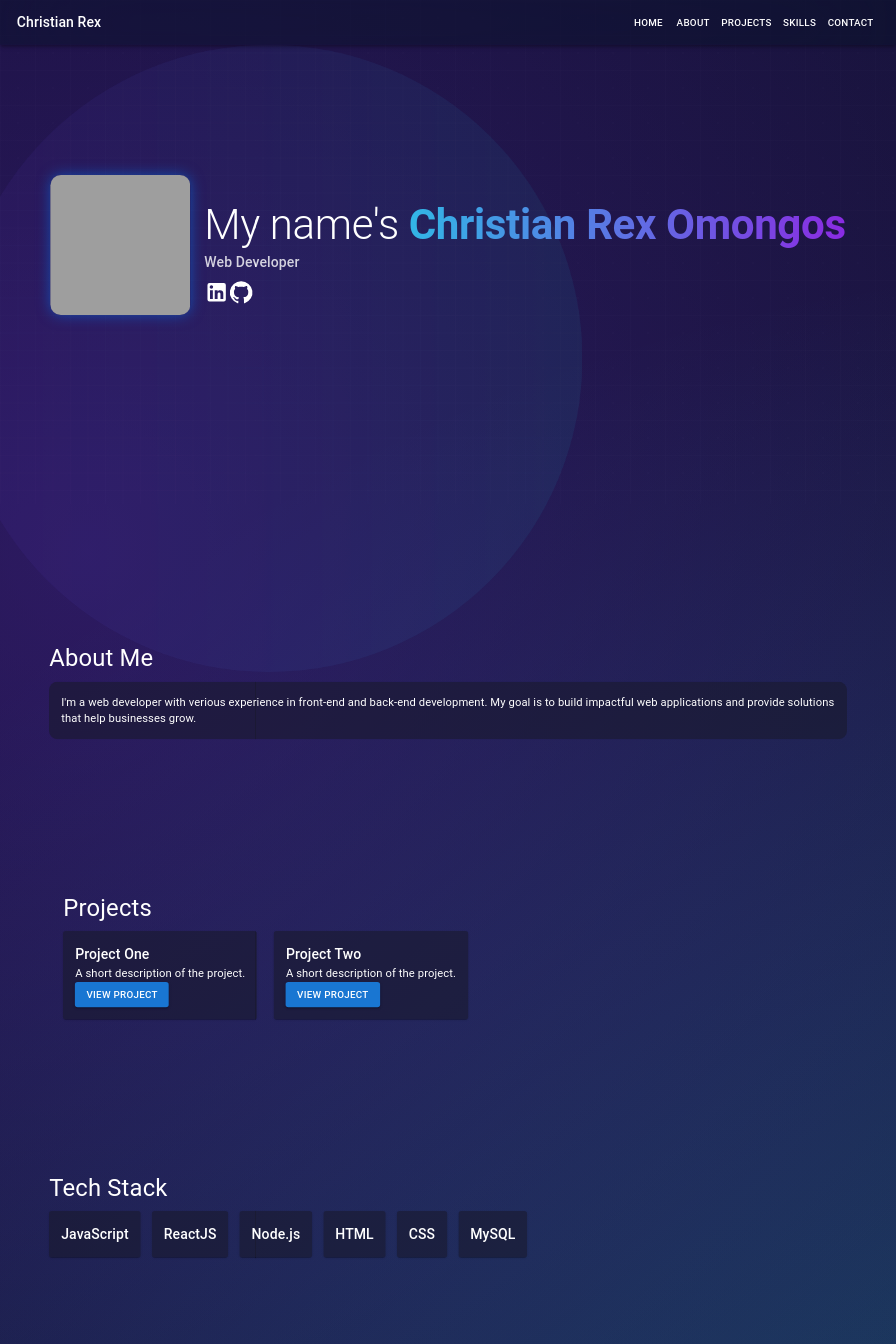
Repository: mikeshadowcoder/myWeb
Page: /
An editor plug-in stored every save of this project. The page is shown before and after the next save, followed by the edit.
The browser window is 1280 px wide. The pictures show the part of the page from y = 0 to 1920 px (the page is 2643 px tall), at 70% of full size.
Pictures or frames that could not be fetched are drawn as grey boxes. The project was rebuilt for these pictures with package versions that can differ from the ones it lists, and the page was loaded fresh each time.

Above is the page before, as saved 2026-01-21 16:39:08.

### src/index.js
import React from 'react';
import ReactDOM from 'react-dom/client';
import './index.css';
import App from './App';
import 'bootstrap/dist/css/bootstrap.min.css';
import "./styles/global.css";

const root = ReactDOM.createRoot(document.getElementById('root'));
root.render(
  <React.StrictMode>
    <App />
  </React.StrictMode>
);

### src/App.js
import React, {useRef} from 'react';
//import { BrowserRouter as Router, Route, Routes } from 'react-router-dom';
import Header from './components/Header';
import Home from './components/Home';
import AboutMe from './components/AboutMe';
import Content from './components/Content';
import Skills from './components/Skills';
import Contact from './components/Contact';
import Footer from './components/Footer';
import Box from '@mui/material/Box';
import BackgroundShapes from './components/BackgroundShapes'


const App = () => {
  const homeRef = useRef(null);
  const aboutRef = useRef(null);
  const contentRef = useRef(null);
  const skillsRef = useRef(null);
  const contactRef = useRef(null);

  // Function to handle smooth scrolling
  const scrollToSection = (ref) => {
    const headerOffset = 200; // Adjust based on your AppBar height (default MUI AppBar is ~64px)
    const elementPosition = ref.current.getBoundingClientRect().top + window.scrollY;
    const offsetPosition = elementPosition - headerOffset;

    window.scrollTo({
      top: offsetPosition,
      behavior: "smooth",
    });
  };


  return (
    <div>
      {/* Pass the scroll function to Header for navigation */}
      <BackgroundShapes/>
      <Header
        onScrollToSection={{
          home: () => scrollToSection(homeRef),
          about: () => scrollToSection(aboutRef),
          content: () => scrollToSection(contentRef),
          skills: () => scrollToSection(skillsRef),
          contact: () => scrollToSection(contactRef),
        }}
      />
      <Box sx={{
        maxWidth: "89%",
        margin: "auto",
        // border: "2px solid red"
      }}>
       {/* Sections with attached refs */}
      <section ref={homeRef}>
        <Home />
      </section>

       <section ref={aboutRef}>
        <AboutMe />
      </section>

      <section ref={contentRef}>
        <Content />
      </section>

      <section ref={skillsRef}>
        <Skills />
      </section>

      <section ref={contactRef}>
        <Contact />
      </section>
      </Box>
      <section>
        <Footer/>
      </section>
    </div>
  );
};

export default App;

### src/styles/global.css
body {
    background:
    radial-gradient(circle at 20% 30%, #7c3aed55, transparent 60%),
    radial-gradient(circle at 80% 70%, #22d3ee55, transparent 60%),
    linear-gradient(120deg, #020617, #0f172a);
  background-size: 200% 200%;
  animation: bgMove 30s ease infinite;
    color: white;
    margin: 0;
    padding: 0;
    font-family: 'Arial', sans-serif;
  }

  @keyframes bgMove {
  0%   { background-position: 0% 0%; }
  100% { background-position: 100% 100%; }
}

@media (prefers-reduced-motion: reduce) {
  body {
    animation: none;
  }
}

.gradient-text {
  background: linear-gradient(90deg, rgb(50, 182, 230), rgb(138, 43, 226)); /* Customize here */
  -webkit-background-clip: text;
  background-clip: text;
  -webkit-text-fill-color: transparent;
  color: transparent;
}

### src/components/Header.js
import React from 'react';
import { AppBar, Toolbar, Typography, Button } from '@mui/material';
import "../styles/header.css";
//import { Link } from 'react-router-dom';

const Header = ({onScrollToSection}) => {
  return (
    <AppBar className="header">
      <Toolbar>
        <Typography variant="h6" sx={{flexGrow:1}}>
          Christian Rex
        </Typography>
        <Button color="inherit" onClick={onScrollToSection.home}>Home</Button>
        <Button color="inherit" onClick={onScrollToSection.about}>About</Button>
        <Button color="inherit" onClick={onScrollToSection.content}>Projects</Button>
        <Button color="inherit" onClick={onScrollToSection.skills}>Skills</Button>
        <Button color="inherit" onClick={onScrollToSection.contact}>Contact</Button>
      </Toolbar>
    </AppBar>
  )
};

export default Header;

### src/components/Home.js
import React from "react";
import { Box, Typography, Button } from "@mui/material";
import LinkedInIcon from "@mui/icons-material/LinkedIn";
import GitHubIcon from "@mui/icons-material/GitHub";
// import FacebookIcon from "@mui/icons-material/Facebook";
import profilePic from "../assets/images/profilePic.jpg";

const Home = () => {
  return (
    <Box
      sx={{
        display: "flex",
        alignItems: "center",
        justifyContent: "center",
        minHeight: "100vh",
        color: "white",
        width: "100%",
        textAlign: "center",
      }}
    >
      <Box
        sx={{
          display: "flex",
          alignItems: "center",
          gap: "20px", // Space between image and text
          flexWrap: "wrap", // Ensures responsiveness
        }}
      >
      {/* Profile Image */}
      <Box
        component="img"
        src={profilePic} //Profile Picture
        alt="Profile"
        sx={{
          width: "200px",
          height: "200px",
          borderRadius: "15px",
          boxShadow: "0 0 20px rgba(0, 123, 255, 0.5)",
          marginBottom: "20px",
          objectFit: "cover"
        }}
      />

      {/* Text Section */}
      <Box sx={{ textAlign: "left"}}>
        <Typography variant="h2">
          My name's {" "}
          <Typography variant="h2" component="span" className="gradient-text" sx={{ fontWeight: "bold" }}>Christian Rex Omongos</Typography>
        </Typography>

        <Typography variant="h6" sx={{ marginBottom: "10px", opacity: 0.8 }}>
          Web Developer
        </Typography>

        {/* Social Media Icons */}
        <Box sx={{ display: "flex",}}>
          <Button href="https://linkedin.com/in/christianrex/" target="_blank" sx={{ color: "white", minWidth: 0, padding: 0 }}>
            <LinkedInIcon fontSize="large" />
          </Button>
          <Button href="https://github.com/mikeshadowcoder" target="_blank" sx={{ color: "white", minWidth: 0, padding: 0 }}>
            <GitHubIcon fontSize="large" />
          </Button>
        </Box>
      </Box>
    </Box>
  </Box>
  );
};

export default Home;

### src/components/AboutMe.js
import React from 'react';
import { Typography, Box } from '@mui/material';
import "../styles/boxStyling.css"

const AboutMe = () => {

  return (
    <Box sx={{ mt: 25, mb: 25, width: "100%" }}>
        <Typography variant="h4" gutterBottom>About Me</Typography>
      <Box className="box-container">
          <Typography>
            I'm a web developer with verious experience in front-end and back-end development.
            My goal is to build impactful web applications and provide solutions that
            help businesses grow.
          </Typography>
      </Box>
    </Box>
  );
};

export default AboutMe;

### src/components/Content.js
import React from 'react';
import { Grid2, Paper, Typography, Button, Box } from '@mui/material';
// import MacWindowHeader from './UI/MacWindowHeader';
import "../styles/boxStyling.css";

const Content = () => {
  const projects = [
    {
      title: 'Project One',
      description: 'A short description of the project.',
      link: 'https://github.com/your-repo/project-one',
    },
    {
      title: 'Project Two',
      description: 'A short description of the project.',
      link: 'https://github.com/your-repo/project-two',
    },
    // Add more projects here
  ];

  return (
  <Box>
    {/* <MacWindowHeader/> */}
    <Box sx={{ padding: "20px"}}>

        <Typography variant="h4" gutterBottom>Projects</Typography>
        <Grid2 container spacing={3}>
          {projects.map((project, index) => (
            <Grid2 item xs={12} sm={6} key={index}>
              <Paper className='box-container' sx={{ padding: 2, bgcolor: 'rgba(26, 26, 46, 0.6)', color: 'rgba(255, 255, 255, 1)'}}>
                <Typography variant="h6">{project.title}</Typography>
                <Typography>{project.description}</Typography>
                <Button variant="contained" href={project.link} target="_blank">
                  View Project
                </Button>
              </Paper>
            </Grid2>
          ))}
        </Grid2>

    </Box>
  </Box>
  );
};

export default Content;

### src/components/Skills.js
import React from 'react';
import { Grid2, Paper, Typography, Box } from '@mui/material';
import "../styles/boxStyling.css"

const Skills = () => {
  const skills = ['JavaScript', 'ReactJS', 'Node.js', 'HTML', 'CSS', 'MySQL'];

  return (
    <Box sx={{ mt: 25, width: "100%", }}>
      <Typography variant="h4" gutterBottom >Tech Stack</Typography>
      <Box> {/* REDUNDANT might remove later*/}
      <Grid2 container spacing={2} >
        {skills.map((skill, index) => (
          <Grid2 item xs={12} sm={6} md={4} key={index}>
            <Paper className="box-container" sx={{ padding: 2, textAlign: 'center', bgcolor: 'rgba(26, 26, 46, 0.6)', color: 'rgba(255, 255, 255, 1)' }}>
              <Typography variant="h6">{skill}</Typography>
            </Paper>
          </Grid2>
        ))}
      </Grid2>
      </Box>

    </Box>
  );
};

export default Skills;

### src/components/Contact.js
import React, { useState } from 'react';
import { Typography, TextField, Button, Box, Alert } from '@mui/material';
import "../styles/boxStyling.css"

const Contact = () => {
  const [success, setSuccess] = useState(false);
  const [error, setError] = useState(false);

  const handleSubmit = async (event) => {
    event.preventDefault();
    setError(false);
    setSuccess(false);

    const formData = new FormData(event.target);

    try {
      const response = await fetch("https://formsubmit.co/bufferingupbruh1994@gmail.com", {
        method: "POST",
        body: formData,
      });

      if (response.ok) {
        setSuccess(true);
        event.target.reset(); // Reset the form after success
        setTimeout(() => setSuccess(false), 5000);
      } else {
        setError(true);
        setTimeout(() => setError(false), 5000);

      }
    } catch (err) {
      setError(true);
      setTimeout(() => setError(false), 5000);
    }
  }


  return (
    <Box
    sx={{
      p: 4,
      mt: 25,
      mb: 10
    }}
    >
      <Typography variant="h4" gutterBottom>Contact Me</Typography>
      <Box className="box-container" >
        {/* Success Message */}
        {success && <Alert severity="success">Message sent</Alert>}
        {error && <Alert severity="error">Failed to send message. Please try again.</Alert>}
        <form onSubmit={handleSubmit}>

          <input type="hidden" name="_captcha" value="false" />

          {/*Subject*/}
          <TextField
          label="Subject"
          name="Subject"
          fullWidth
          margin="normal"
          required
          slotProps={{inputLabel: { style: { color: "white" } } }} // Make label white
          sx={{
            input: { color: "white" },
            "& .MuiOutlinedInput-root": {
              "& fieldset": { borderColor: "white" }, // Border color
              "&:hover fieldset": { borderColor: "#ccc" }, // Hover effect
              },
            }}
          />

          {/*Email*/}
          <TextField label="Your Email"
          name="Email"
          type="email"
          fullWidth
          margin="normal"
          required
          slotProps={{inputLabel: { style: { color: "white" } } }} // Make label white
          sx={{
            input: { color: "white" },
            "& .MuiOutlinedInput-root": {
              "& fieldset": { borderColor: "white" }, // Border color
              "&:hover fieldset": { borderColor: "#ccc" }, // Hover effect
              },
            }}
          />

          {/*Message*/}
          <TextField label="Your Message"
          name="Message"
          fullWidth
          multiline
          rows={4}
          margin="normal"
          slotProps={{inputLabel: { style: { color: "white" } } }} // Make label white
          sx={{
            "& textarea": {color: "white"},
            "& .MuiOutlinedInput-root": {
              "& fieldset": { borderColor: "white" }, // Border color
              "&:hover fieldset": { borderColor: "#ccc" }, // Hover effect
              },
            }}
          />
          <Button type="submit" variant="contained" sx={{ mt: 2 }}>Send Message</Button>
        </form>
        </Box>
    </Box>
  );
};

export default Contact;

### src/components/Footer.js
import React from 'react';
import { Box, Typography } from "@mui/material";


const Footer = () => {
    return (
        <Box
            sx={{
                width: "100%",
                color: "white",
                textAlign: "center",
                mt: 4,
                mb: 2,
                borderTop: "1px solid rgba(255, 255, 255, 0.08)",
                pt: 2,
            }}
        >
            <Typography variant="body2" sx={{ color: " rgba(255, 255, 255, 0.5) "}}>
                © {new Date().getFullYear()} Christain Rex Omongos. All Rights Reserved.
            </Typography>
        </Box>
    )
}

export default Footer;

### src/components/BackgroundShapes.js
import React from "react";
import "../styles/background.css"; // Import styles

const BackgroundShapes = () => {
  return (
    <>
    <div className="grid-container">
      <svg class="bg" viewBox="0 0 100 100" preserveAspectRatio="xMidYMid slice">
        <defs>
          <linearGradient id="g1">
            <stop offset="0%" stop-color="#7c3aed"/>
            <stop offset="100%" stop-color="#22d3ee"/>
          </linearGradient>
        </defs>
        <circle cx="30" cy="40" r="35" fill="url(#g1)" opacity="0.25" />
      </svg>
      {/* <div className="gradient-blobs" /> */}
    </div>
    </>
  );
};

export default BackgroundShapes;

### src/styles/header.css
.header {
  position: sticky;
  scroll-behavior: smooth;
  background-color: rgba(5, 19, 35, .4) !important;
  backdrop-filter: blur(80px);
  color: #ffffff !important;
  /* z-index: 1200 !important; */
  overflow: hidden;
}

### src/styles/boxStyling.css
.box-container {
    width: 100%;
    /* height: 400px; */
    padding: 16px;
    border-radius: 12px;
    border: 1px solid transparent;
    /* background: linear-gradient(to bottom right, rgba(26, 26, 46, 0.6), rgba(22, 33, 62, 0.6)); */
    background: rgba( 26, 26, 46, 0.6);
    transition: border 0.3s ease-in-out, box-shadow 0.3s ease-in-out;
  }

  .box-container:hover {
    border: 1px solid #3b82f6;
    box-shadow: 0px 0px 10px rgba(59, 130, 246, 0.5);
  }

  /* .test {
    color: rgb(99, 102, 241);
    background-image: linear-gradient(45deg, rgb(99, 102, 241) 10%, rgb(168, 85, 247) 93%);
    background-clip: text;
    -webkit-text-fill-color: transparent;
    font-weight: 800 !important;
  } */

### src/styles/background.css
/* Background Shapes and Grid Overlay */
.shapes-container {
    position: fixed;
    top: 0;
    left: 0;
    width: 100%;
    height: 100%;
    overflow: hidden;
    filter: blur(60px); /* Blur Effect */
    z-index: -2; /* Keep shapes behind content */
    pointer-events: none;
  }

  .grid-container{
    position: fixed;
    top: 0;
    left: 0;
    width: 100%;
    height: 100%;
    background-image:
      linear-gradient(rgba(255, 255, 255, 0.04) 1px, transparent 1px),
      linear-gradient(90deg, rgba(255, 255, 255, 0.04) 1px, transparent 1px);
    background-size: 25px 25px; /* Grid spacing */
    opacity: 0.3;
    z-index: -1;
    pointer-events: none;
  }


  .gradient-blobs {
  position: fixed;
  inset: 0;
  z-index: -1;
  pointer-events: none;

  background:
    radial-gradient(circle at 20% 30%, #7c3aed66, transparent 55%),
    radial-gradient(circle at 80% 70%, #22d3ee66, transparent 55%),
    radial-gradient(circle at 50% 90%, #ec489966, transparent 60%);

  animation: blobDrift 45s ease-in-out infinite;
  will-change: background-position;
}

@keyframes blobDrift {
  0%   { background-position: 0% 0%, 100% 100%, 50% 100%; }
  50%  { background-position: 20% 30%, 80% 60%, 50% 80%; }
  100% { background-position: 0% 0%, 100% 100%, 50% 100%; }
}

  .bg {
  position: fixed;
  inset: 0;
  z-index: -1;
  animation: float 30s ease-in-out infinite;
  will-change: transform;
}

Loaded but not shown: public/index.html (common file); src/index.css (common file)

After the next save:
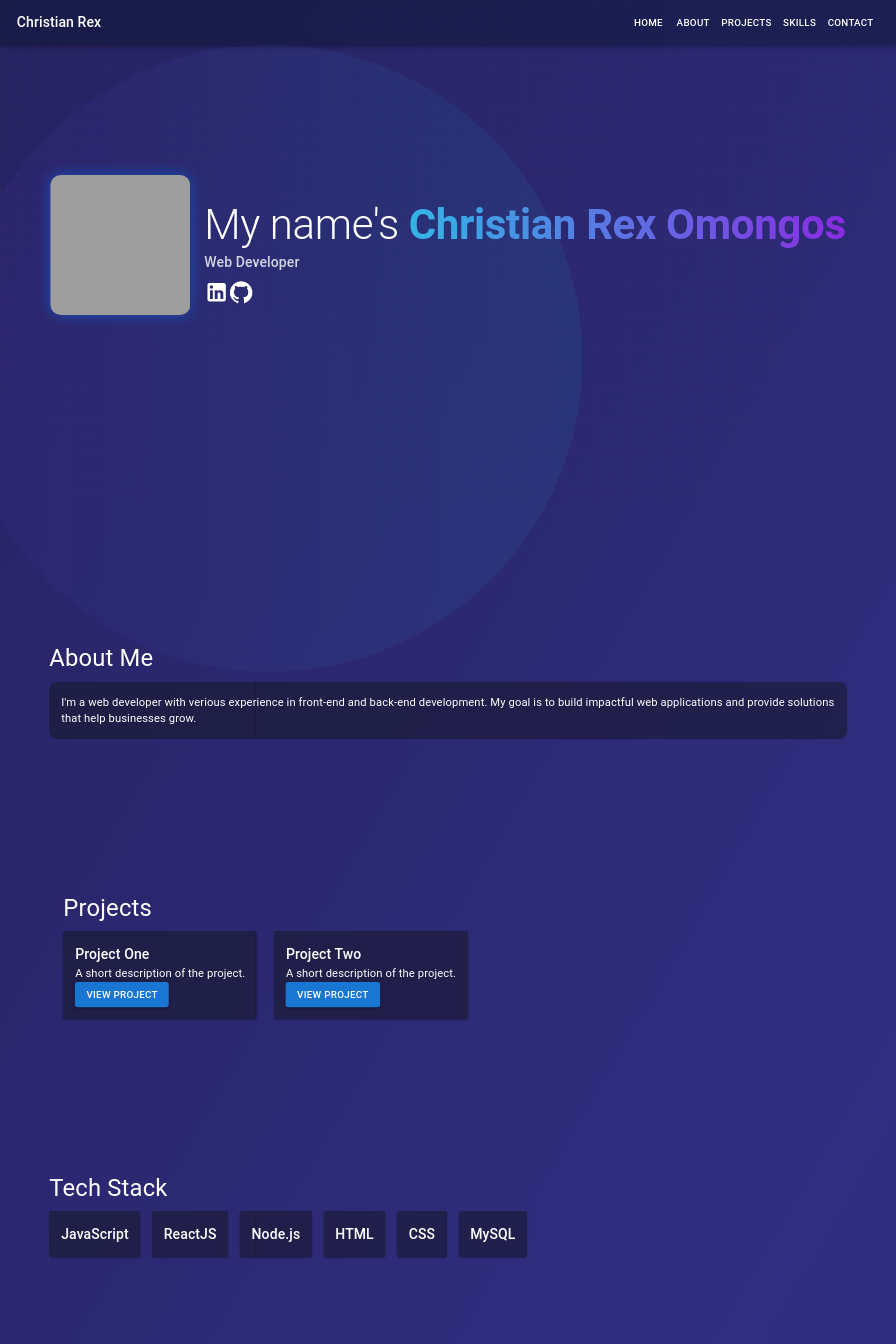
Saved 44 s later.
--- a/src/styles/global.css
+++ b/src/styles/global.css
@@ -1,25 +1,24 @@
 body {
-    background:
-    radial-gradient(circle at 20% 30%, #7c3aed55, transparent 60%),
-    radial-gradient(circle at 80% 70%, #22d3ee55, transparent 60%),
-    linear-gradient(120deg, #020617, #0f172a);
-  background-size: 200% 200%;
-  animation: bgMove 30s ease infinite;
+    min-height: 100vh;
+    background: linear-gradient(
+      120deg,
+      #020617,
+      #1e1b4b,
+      #312e81,
+      #0f172a
+    );
+    background-size: 400% 400%;
+    animation: gradientShift 25s ease infinite;
     color: white;
     margin: 0;
     padding: 0;
     font-family: 'Arial', sans-serif;
   }
 
-  @keyframes bgMove {
-  0%   { background-position: 0% 0%; }
-  100% { background-position: 100% 100%; }
-}
-
-@media (prefers-reduced-motion: reduce) {
-  body {
-    animation: none;
-  }
+  @keyframes gradientShift {
+  0%   { background-position: 0% 50%; }
+  50%  { background-position: 100% 50%; }
+  100% { background-position: 0% 50%; }
 }
 
 .gradient-text {

After the save that followed:
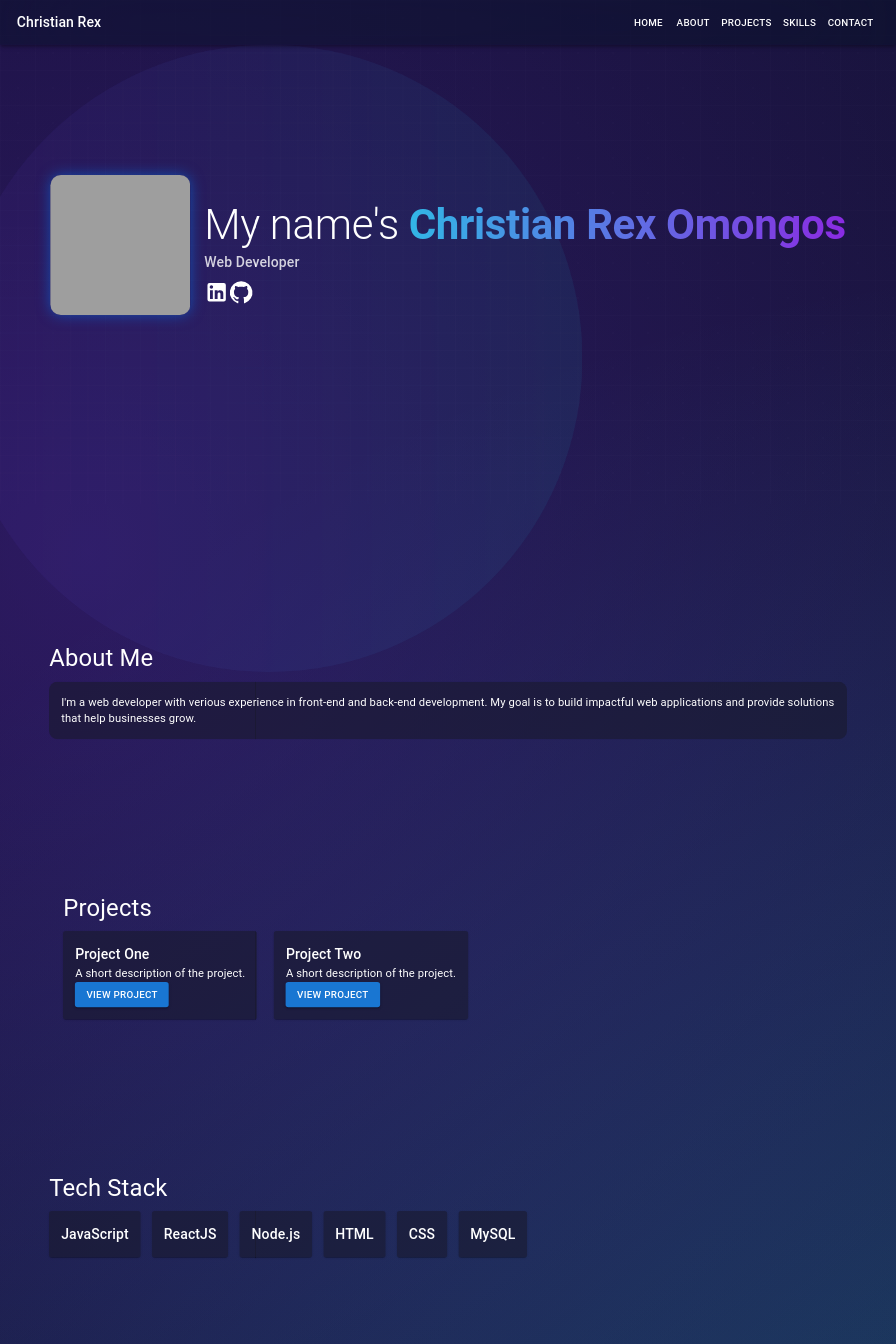
Saved 18 s later.
--- a/src/styles/global.css
+++ b/src/styles/global.css
@@ -1,24 +1,19 @@
 body {
-    min-height: 100vh;
-    background: linear-gradient(
-      120deg,
-      #020617,
-      #1e1b4b,
-      #312e81,
-      #0f172a
-    );
-    background-size: 400% 400%;
-    animation: gradientShift 25s ease infinite;
+    background:
+    radial-gradient(circle at 20% 30%, #7c3aed55, transparent 60%),
+    radial-gradient(circle at 80% 70%, #22d3ee55, transparent 60%),
+    linear-gradient(120deg, #020617, #0f172a);
+  background-size: 200% 200%;
+  animation: bgMove 30s ease infinite;
     color: white;
     margin: 0;
     padding: 0;
     font-family: 'Arial', sans-serif;
   }
 
-  @keyframes gradientShift {
-  0%   { background-position: 0% 50%; }
-  50%  { background-position: 100% 50%; }
-  100% { background-position: 0% 50%; }
+  @keyframes bgMove {
+  0%   { background-position: 0% 0%; }
+  100% { background-position: 100% 100%; }
 }
 
 .gradient-text {
